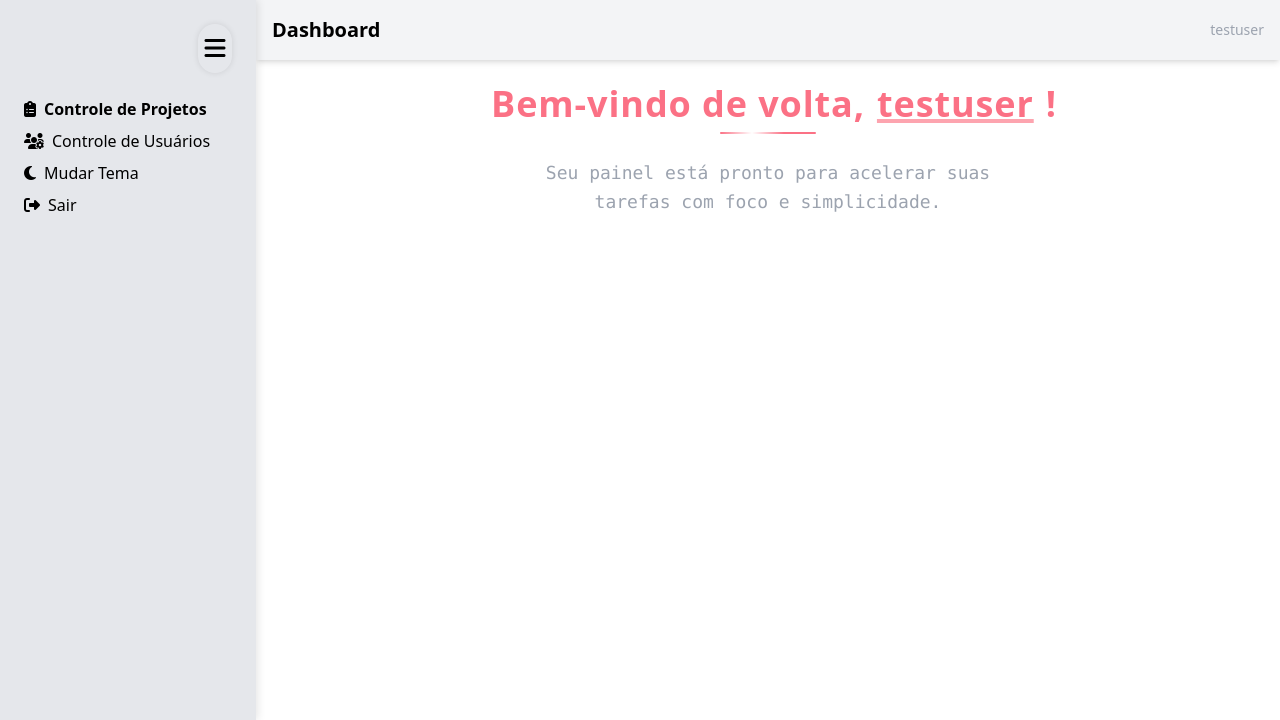
Repository: joaogabrielmonte/organizador
Page: http://localhost/controllers/dashboard.php
The author's editor kept a copy of each file at every save. The page is drawn from the files as they stood at one save, then again after a run of saves.
The browser window is 1280 px wide. The pictures show the whole page.
Some web libraries are served in a nearby version. The page is run by PHP 8.4 with error messages shown; the project is at /var/www/html/. The session is filled in as if someone had signed in: {"usuario": "testuser", "tema": 1}.

Above is the page before, as saved 2025-06-26 14:35:02.

After the next 5 saves:
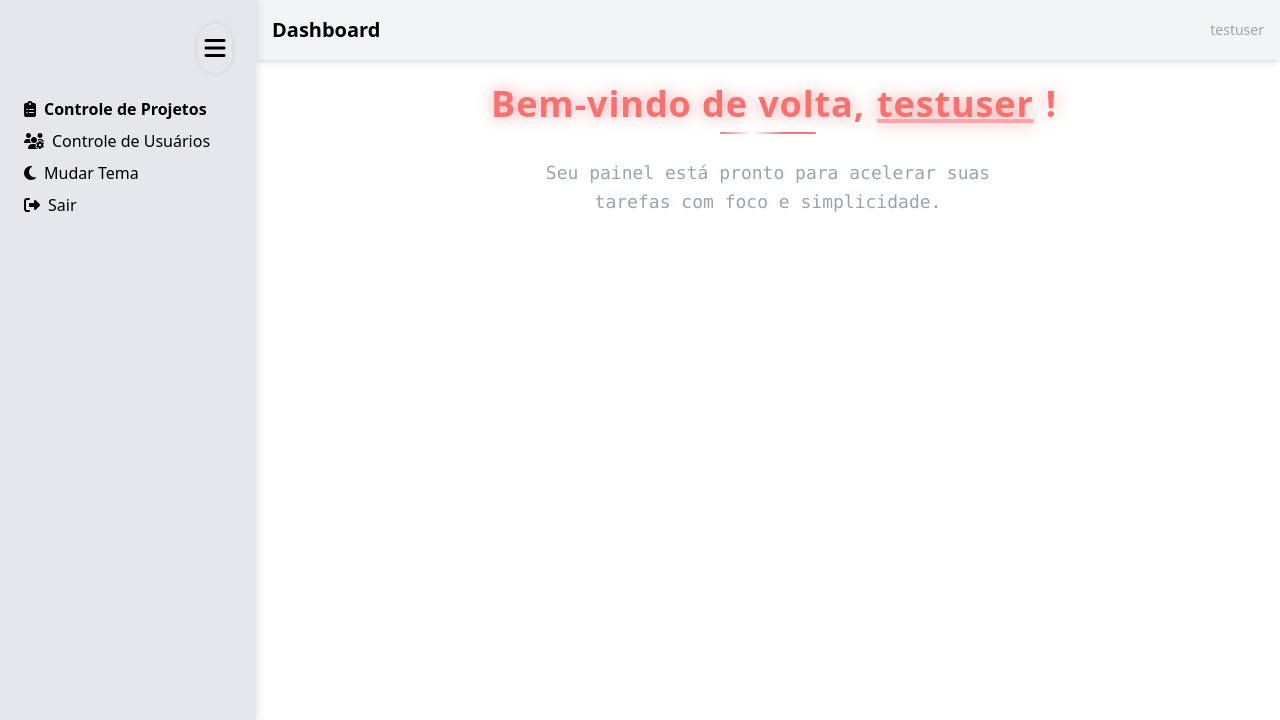
The 5 saves are shown as one change because they came seconds apart.
The last was saved 17 s later.
--- a/views/dashboard.php
+++ b/views/dashboard.php
@@ -177,7 +177,7 @@
     </header>
 
     <main class="p-6 max-w-4xl mx-auto flex flex-col items-center text-center">
-      <h2 class="text-3xl md:text-4xl font-extrabold mb-2 tracking-wide text-rose-400 drop-shadow-[#FB7185] flex items-center gap-3">
+      <h2 class="text-3xl md:text-4xl font-extrabold mb-2 tracking-wide text-red-400 drop-shadow-[0_0_8px_rgba(248,113,113,0.7)] flex items-center gap-3">
         <i class="fas fa-hand-wave animate-pulse"></i>
         Bem-vindo de volta, <span class="underline decoration-rose-300 decoration-4"><?= htmlspecialchars($usuario) ?></span>!
       </h2>
